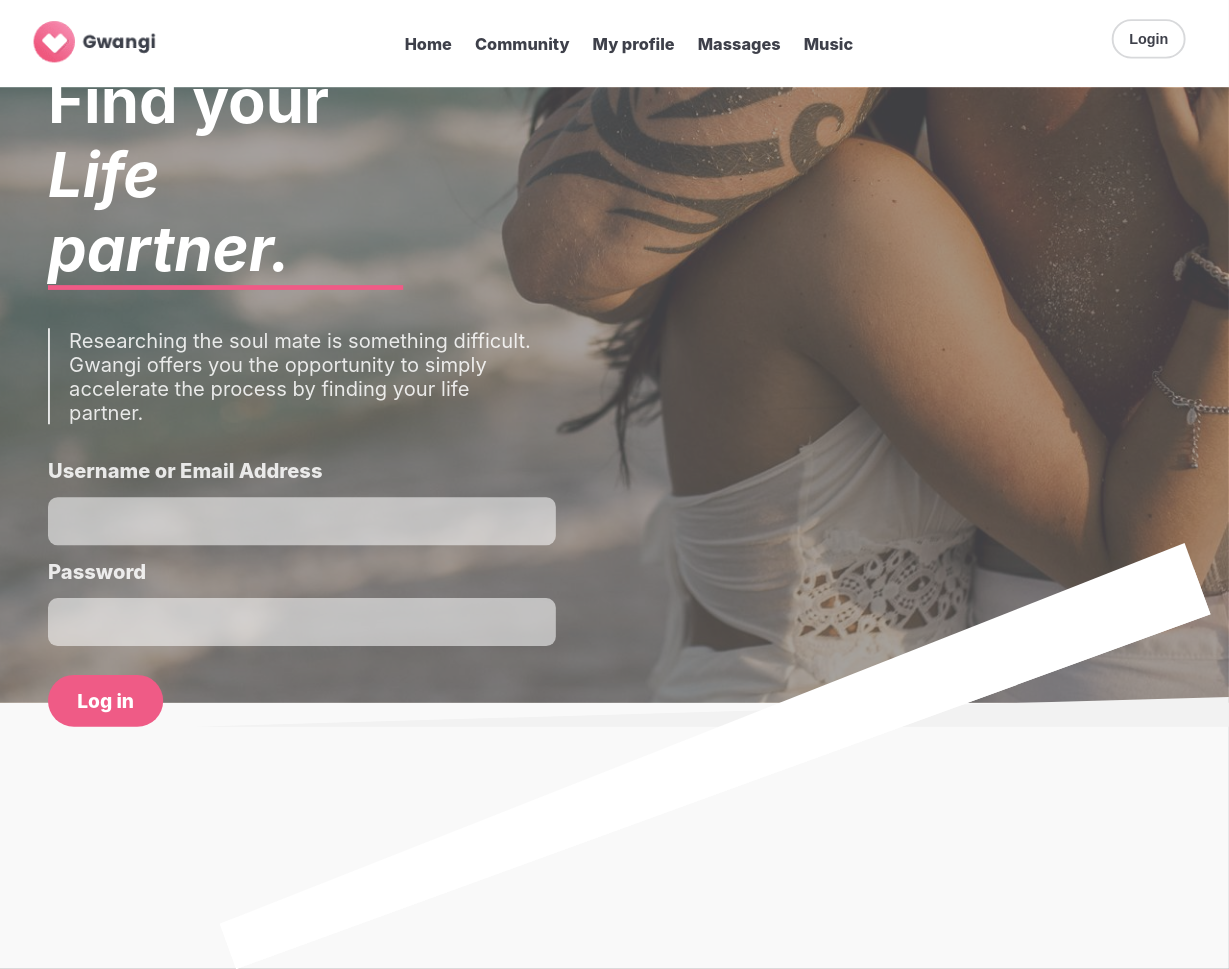
Repository: ShokunLiubov/Soc-Network-React
Page: /login
The author's editor kept a copy of each file at every save. The page is drawn from the files as they stood at one save, then again after the next save.
The browser window is 1280 px wide. The pictures show the whole page, at 96% of full size.
The project was rebuilt for these pictures with package versions that can differ from the ones it lists, and the page was loaded fresh each time. Also part of the build but not shown: src/components/common/Paginator/Paginator.module.css, src/components/common/Paginator/Paginator.jsx, src/components/Community/Community.module.css, src/components/Community/Friend/Friend.jsx, src/components/Community/Community.jsx, src/components/common/Preloader/Preloader.jsx, src/components/Community/CommunityContainer.jsx, src/components/Dialogs/Dialogs.module.css and 14 more.

Above is the page before, as saved 2022-08-24 19:12:38.

After the next save:
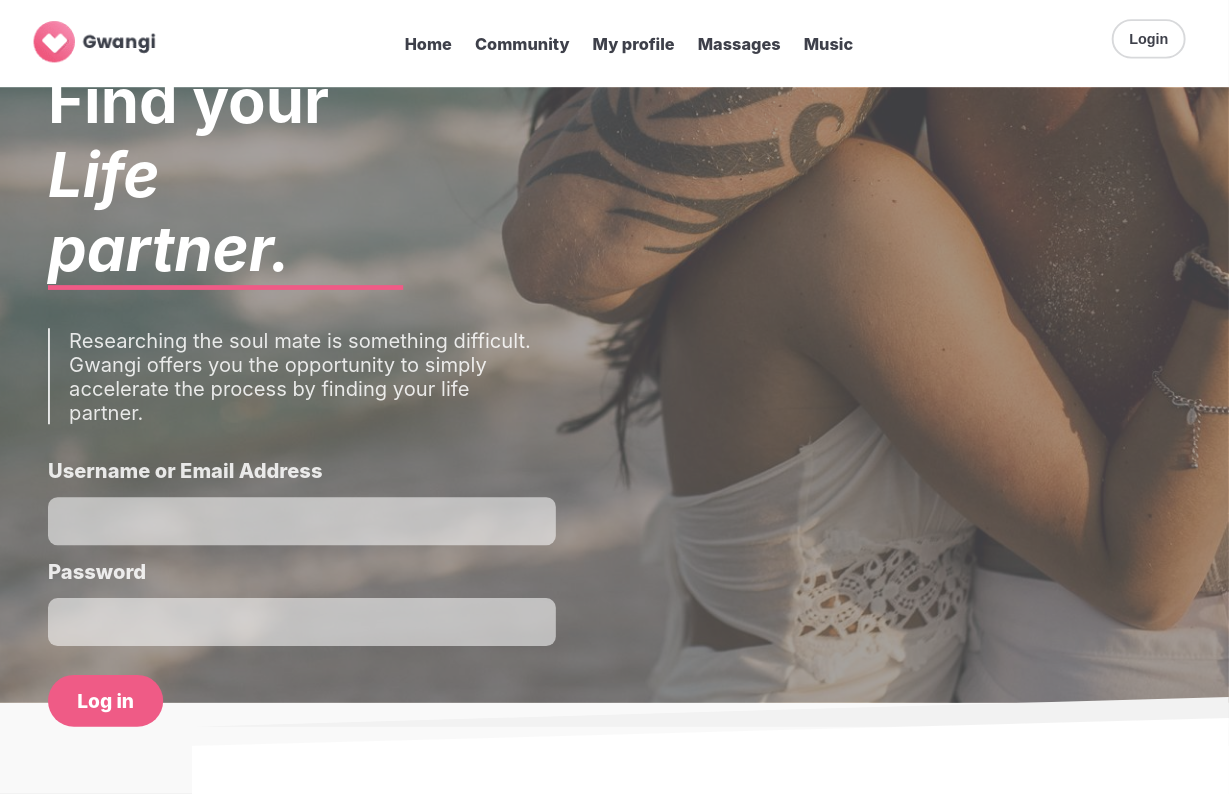
Saved 7 s later.
--- a/src/components/Auth/Registration/Registration.module.css
+++ b/src/components/Auth/Registration/Registration.module.css
@@ -109,6 +109,6 @@
 	border-top: 29px solid transparent;
 	border-right: 150vh solid #ffffff;
 	border-bottom: 50px solid #ffffff;
-    transform: rotate(-20deg);
+    /* transform: rotate(-20deg); */
     /* transition: all 0.5s ease-out; */
 }
